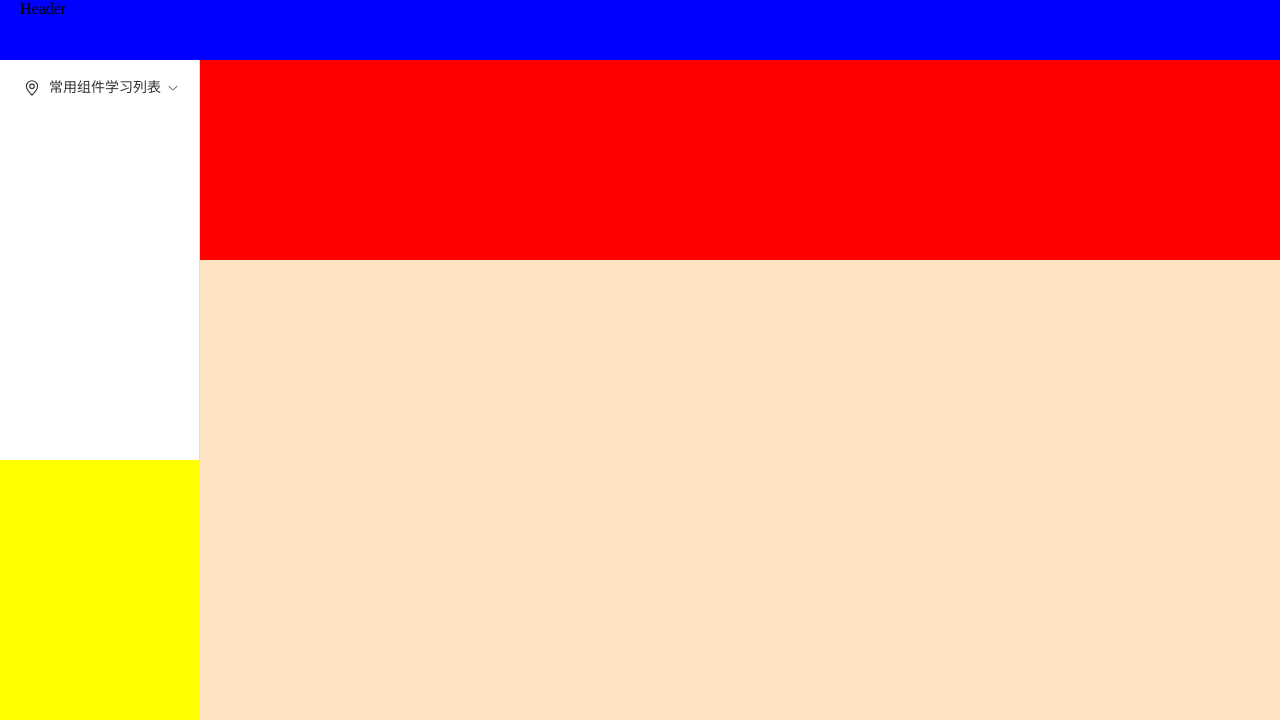
Repository: 553559555/vue3-project
Page: /#/index (app in vue3-app/)
The author's editor kept a copy of each file at every save. The page is drawn from the files as they stood at one save, then again after the next save.
The browser window is 1280 px wide. The pictures show the whole page.
The project was rebuilt for these pictures with package versions that can differ from the ones it lists, and the page was loaded fresh each time. Also part of the build but not shown: vue3-app/vite.config.ts.

Above is the page before, as saved 2025-03-24 10:33:09.

After the next save:
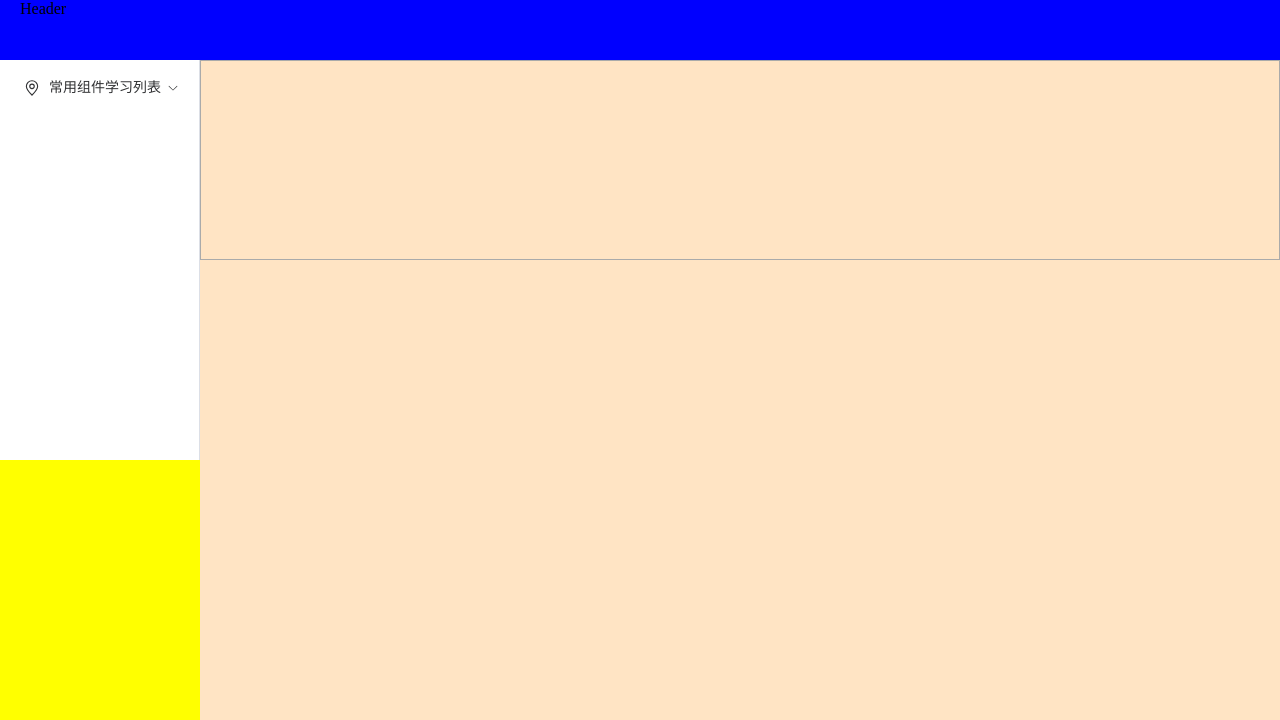
Saved 45 s later.
--- a/vue3-app/src/views/Home.vue
+++ b/vue3-app/src/views/Home.vue
@@ -21,8 +21,8 @@
   height: 100%;
 
   .row {
-    background-color: red;
     height: 200px;
+    border: solid 1px #aaa;
 
     .el-col {
       padding: 10px;
